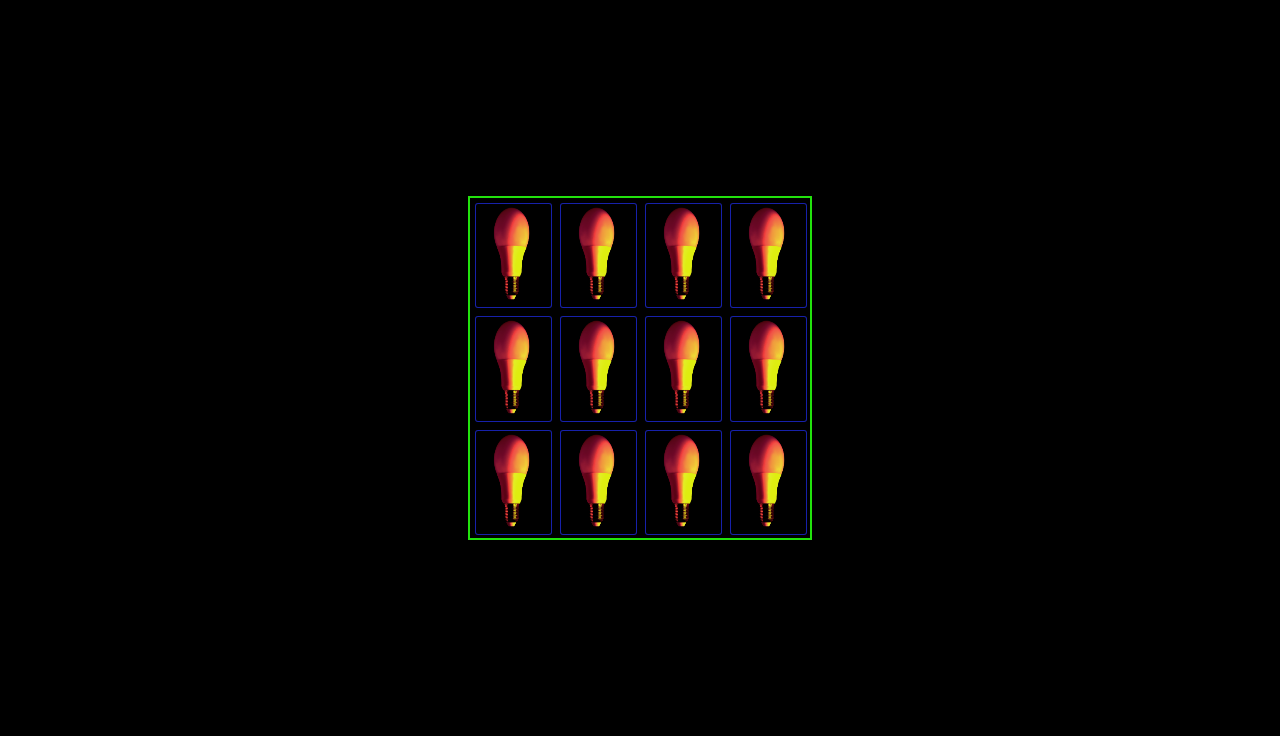
Repository: suzanaferreira/memory-game-project
Page: index.html
The author's editor kept a record of every edit. The page is drawn from the files as they stood at one moment, then again after the next edit.
The browser window is 1280 px wide. The pictures show the whole page.

Above is the page before.
Console error: SyntaxError: Unexpected end of input

After the next edit:
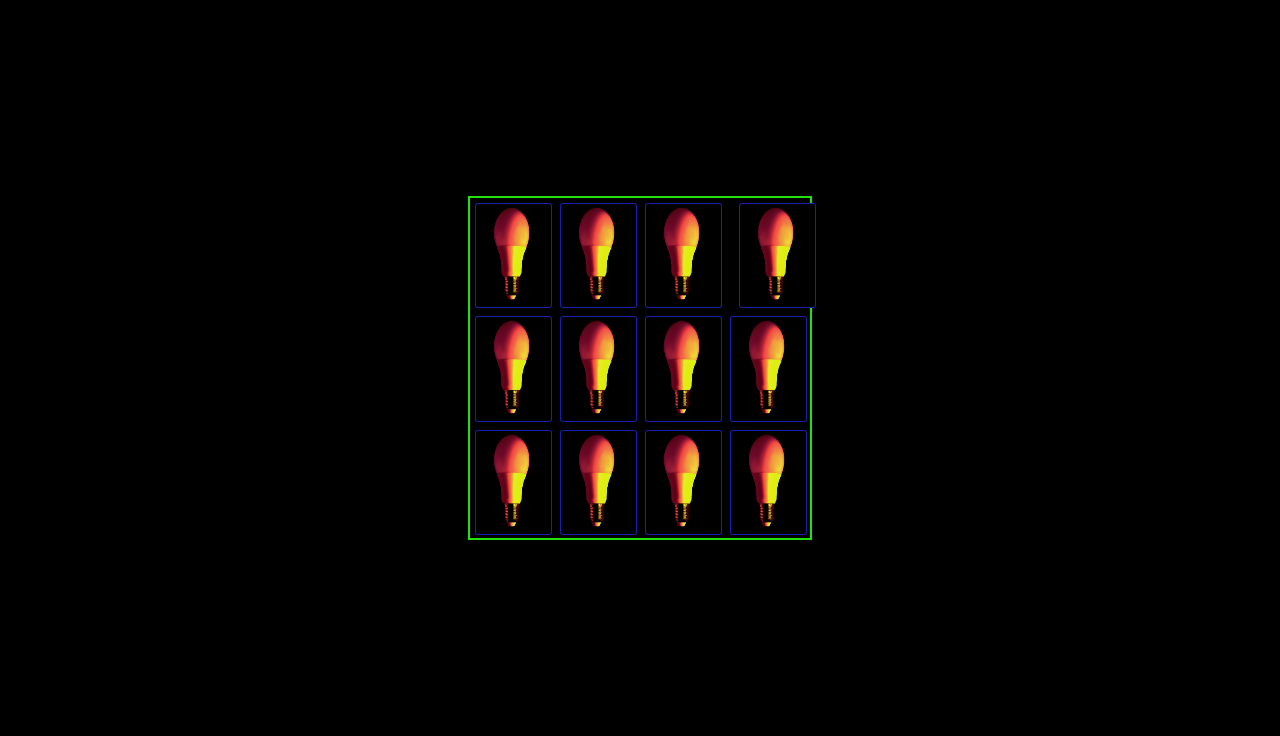
The edit:
--- a/index.html
+++ b/index.html
@@ -24,7 +24,7 @@
             <img class="revelead-pic" src="img/pic2.jpg" alt="rainbow" />
             <img class="cover-side" src="img/lamp.jpg" alt="lamp" />
         </div>
-        <div class="cards">
+        <div class="cards" data-name="rainbow">>
             <img class="revelead-pic" src="img/pic2.jpg" alt="rainbow" />
             <img class="cover-side" src="img/lamp.jpg" alt="lamp" />
         </div>
